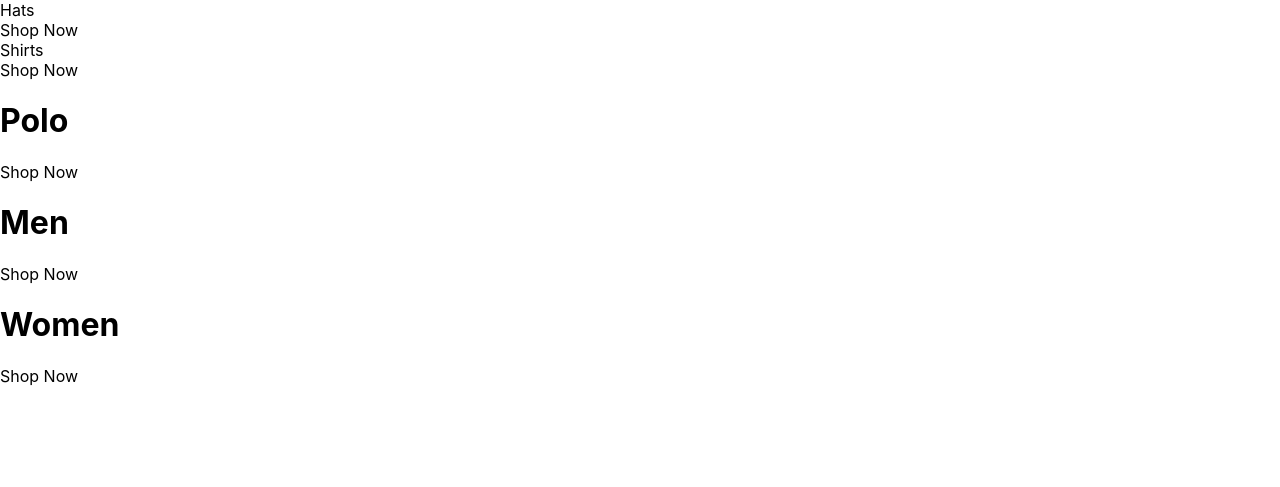
Repository: Syfon01/onestop
Page: /
These files come from the project's save history. The page is drawn as it stood at one moment and after a run of saves; the edit follows.
The browser window is 1280 px wide. The pictures show the whole page.
The project was rebuilt for these pictures with package versions that can differ from the ones it lists, and the page was loaded fresh each time. Also part of the build but not shown: src/App.css.

Above is the page before, as saved 2020-07-24 16:09:23.

### src/App.js
import React from 'react';
import './App.css';
import HomePage from './Homepage'

function App() {
  return (
    <HomePage/>
  );
}

export default App;

### src/Homepage.js
import React from 'react'

const HomePage = () => {
  return (
  <div className="homepage">
    <div className="menu-item">
      <div className="content">
        <div className="title">Hats</div>
        <div className="subtitle">Shop Now</div>
      </div>
    </div>
    <div className="menu-item">
      <div className="content">
        <div className="title">Shirts</div>
        <div className="subtitle">Shop Now</div>
      </div>
    </div>
    <div className="menu-item">
      <div className="content">
        <h1 className="title">Polo</h1>
        <span className="subtitle">Shop Now</span>
      </div>
    </div>
    <div className="menu-item">
      <div className="content">
        <h1 className="title">Men</h1>
        <span className="subtitle">Shop Now</span>
      </div>
    </div>
    <div className="menu-item">
      <div className="content">
        <h1 className="title">Women</h1>
        <span className="subtitle">Shop Now</span>
      </div>
    </div>
    </div>
  )
}

export default HomePage

Loaded but not shown: public/index.html (common file); src/index.js (common file); src/index.css (common file)

After the next 2 saves:
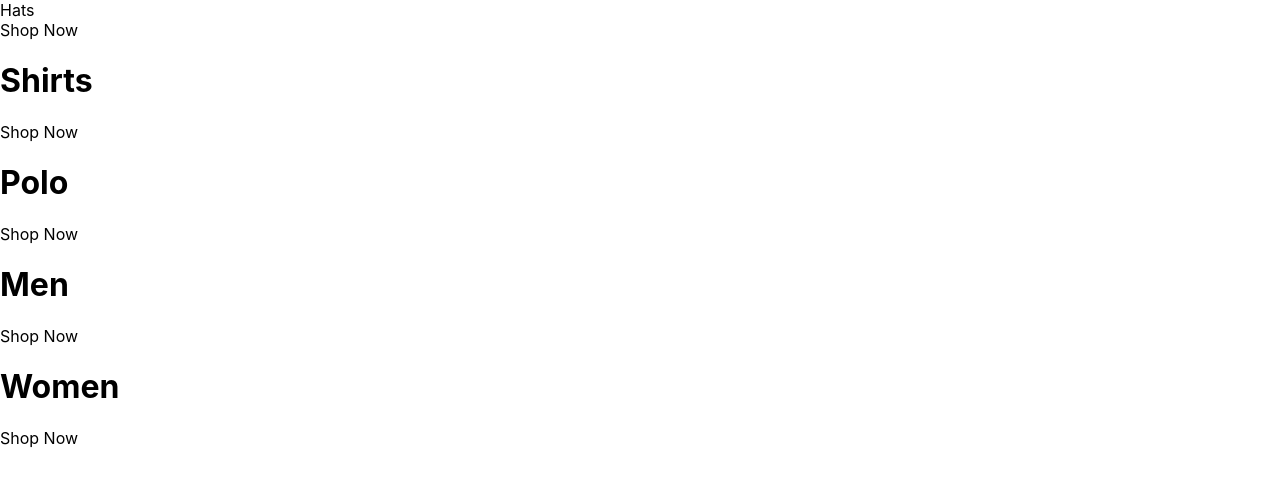
The 2 saves are shown as one change because they came seconds apart.
The last was saved 12 s later.
--- a/src/Homepage.js
+++ b/src/Homepage.js
@@ -11,7 +11,7 @@ const HomePage = () => {
     </div>
     <div className="menu-item">
       <div className="content">
-        <div className="title">Shirts</div>
+        <h1 className="title">Shirts</h1>
         <div className="subtitle">Shop Now</div>
       </div>
     </div>
